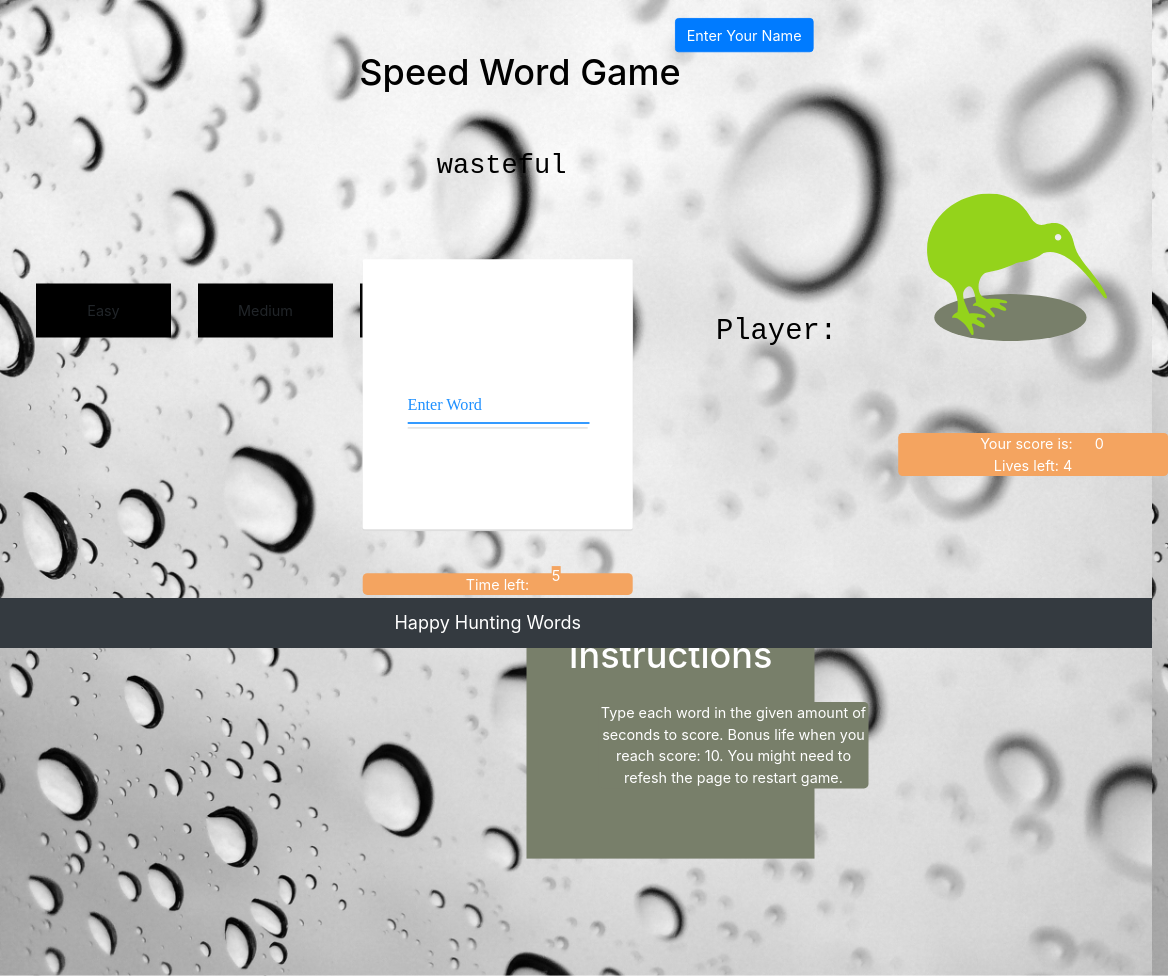
Repository: konstantin0s/word-game-project
Page: modal.html
These files come from the project's save history. The page is drawn as it stood at one moment and after the next save; the edit follows.
The browser window is 1280 px wide. The page is 1298 px wide, so the pictures cover 1298 px, including what lies to the right of the window. The pictures show the whole page, at 90% of full size.
Backgrounds fixed to the window are drawn as part of the page. Some web libraries are served in a nearby version.

Above is the page before, as saved 2019-02-13 16:12:51.
Console error: ReferenceError: cancelLevel1 is not defined

After the next save:
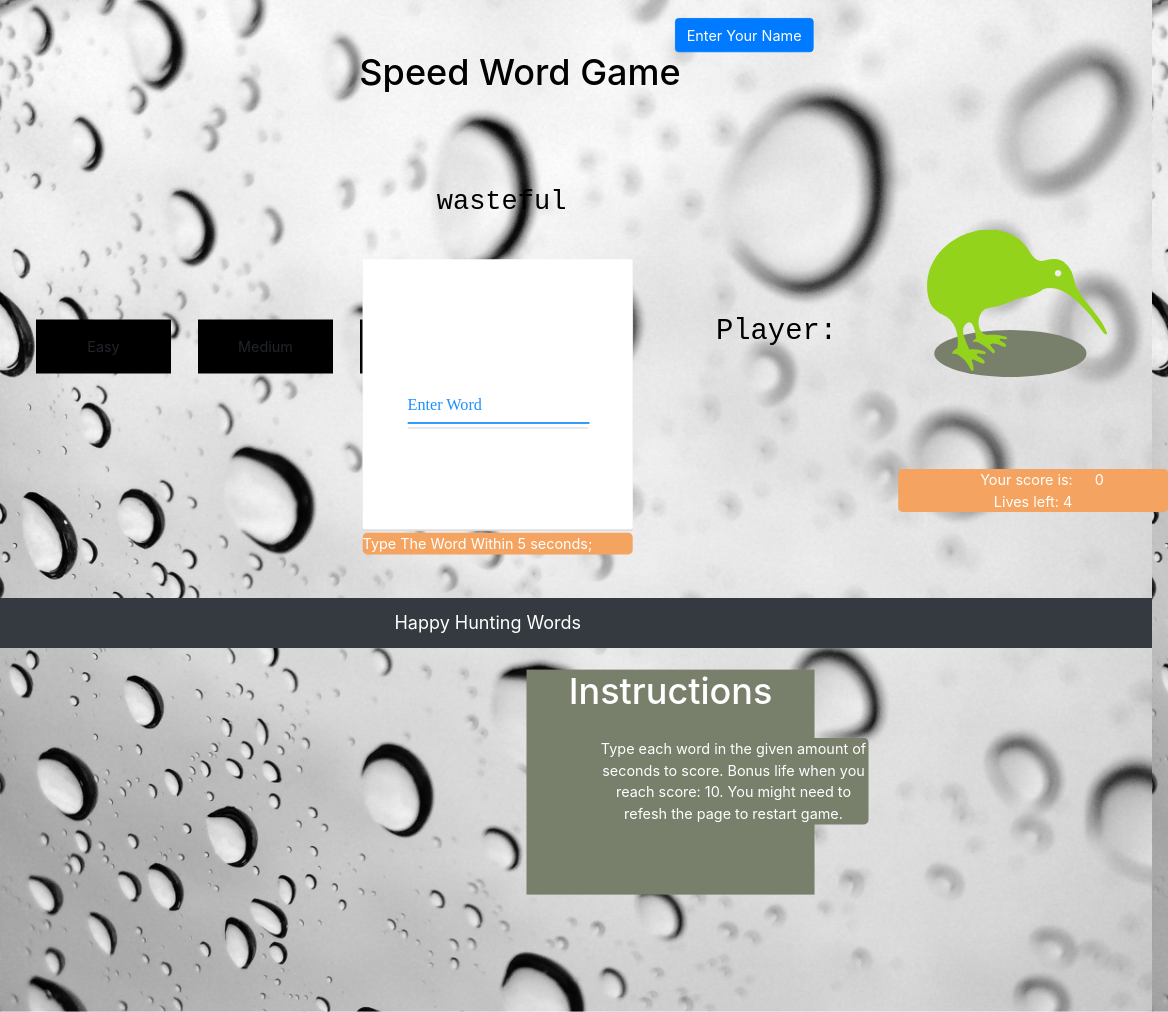
Saved 36 s later.
--- a/modal.html
+++ b/modal.html
@@ -72,6 +72,7 @@
       <div class="row">
         <div class="col-lg-6">
           <h1 class="mt-5">Speed Word Game</h1>
+          <p>Type The Word Within 5 seconds;</p>
           <div id="wordsDisplay">
 
           </div>
